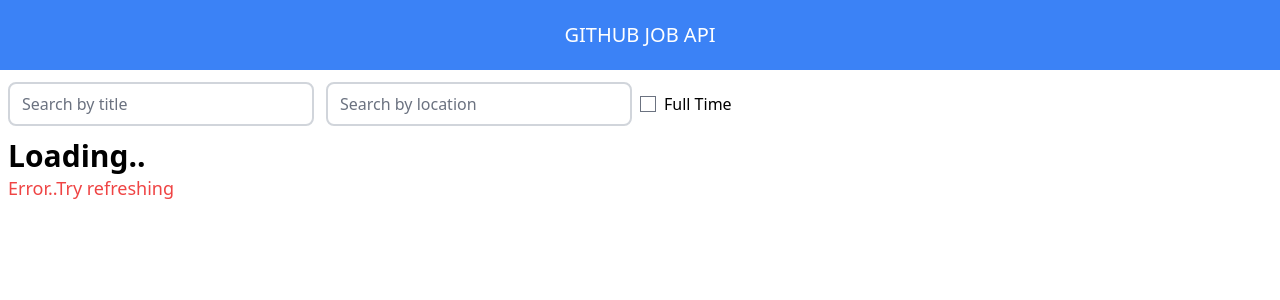
Repository: ShamroOoz/Github-job-api-React-Tailwind
Page: /
The author's editor kept a copy of each file at every save. The page is drawn from the files as they stood at one save, then again after a run of saves.
The browser window is 1280 px wide. The pictures show the whole page.
The page's requests for data from a server got no answer. The project was rebuilt for these pictures with package versions that can differ from the ones it lists, and the page was loaded fresh each time. No one was signed in, and anything a server would have sent is missing. Also part of the build but not shown: craco.config.js.

Above is the page before, as saved 2021-03-21 16:50:57.

### src/index.css
@tailwind base;
@tailwind components;
@tailwind utilities;

.text-style {
  @apply w-3/5 outline-none border-0 focus:ring-2 ring-indigo-600 border-2 border-gray-300 rounded-lg placeholder-gray-500 placeholder-opacity-100;
}

### src/App.js
import { useState } from "react";
import { useFetch } from "./components/Hooks/useFetch";
import NavBar from "./components/NavBar";
import SearchForm from "./components/SearchForm";

function App() {
  const [params, setparam] = useState({});
  const [page, setpage] = useState(1);
  const { jobs, loading, error } = useFetch(params, page);

  const handleparamchange = (e) => {
    setpage(1);
    let param = e.target.name;
    let value = e.target.value;
    setparam((prevparams) => {
      return { ...prevparams, [param]: value };
    });
  };

  return (
    <>
      <NavBar />
      <SearchForm handleparamchange={handleparamchange} params={params} />
      <div className="px-2">
        {loading && <div className="text-3xl font-bold">Loading..</div>}
        {error && (
          <div className="text-lg text-red-500">Error..Try refreshing</div>
        )}
        <div>
          {jobs &&
            jobs.map((job) => (
              <li className="leading-7 text-xl" key={job.id}>
                {job.title}
              </li>
            ))}
        </div>
      </div>
    </>
  );
}

export default App;

### src/components/Hooks/useFetch.js
import { useReducer, useEffect } from "react";
import axios from "axios";
import { reducer, ACTIONS } from "../Reducer/Reduce";

//
const { MAKE_REQUEST, GET_DATA, ERROR } = ACTIONS;
const BASE_URL =
  "https://secret-ocean-49799.herokuapp.com/https://jobs.github.com/positions.json";

const initialState = {
  jobs: [],
  loading: false,
  error: false,
};

export const useFetch = (params, page) => {
  const [state, dispatch] = useReducer(reducer, initialState);

  //useeffect hook to get data

  useEffect(() => {
    const cancelToken = axios.CancelToken.source();
    dispatch({ type: MAKE_REQUEST, payload: "" });
    axios
      .get(BASE_URL, {
        cancelToken: cancelToken.token,
        params: {
          markdown: true,
          page: page,
          ...params,
        },
      })
      .then((res) => {
        dispatch({ type: GET_DATA, payload: res.data });
        console.log(res.data);
      })
      .catch((err) => {
        if (axios.isCancel(err)) return;
        dispatch({ type: ERROR, payload: err });
      });
    //clean up
    return () => {
      cancelToken.cancel();
    };
  }, [page, params]);

  return state;
};

### src/components/NavBar.js
import React from "react";

const NavBar = () => {
  return (
    <nav className="relative flex flex-wrap items-center justify-center px-2 py-3 navbar-expand-lg bg-blue-500 ">
      <h2 className=" inline-block py-2 whitespace-no-wrap uppercase text-xl font-normal leading-normal  text-white">
        Github Job Api
      </h2>
    </nav>
  );
};

export default NavBar;

### src/components/SearchForm.js
import React from "react";

const SearchForm = ({ handleparamchange, params }) => {
  return (
    <form>
      <div className="grid grid-cols-2  ">
        <div className="py-3 px-2 flex space-x-3 ">
          <input
            className="text-style"
            type="text"
            placeholder={`Search by title `}
            name="description"
            value={params.description || ""}
            onChange={handleparamchange}
          />
          <input
            className="text-style"
            type="text"
            placeholder={`Search by location`}
            name="location"
            value={params.location || ""}
            onChange={handleparamchange}
          />
        </div>
        <div className="flex">
          <label className="flex items-center">
            <input
              type="checkbox"
              value={params.full_time || ""}
              onChange={handleparamchange}
            />
            <span className="ml-2">Full Time </span>
          </label>
        </div>
      </div>
    </form>
  );
};

export default SearchForm;

### src/components/Reducer/Reduce.js
export const ACTIONS = {
  MAKE_REQUEST: "MAKE_REQUEST",
  GET_DATA: "GET_DATA",
  ERROR: "ERROR",
};

export const reducer = (state, action) => {
  switch (action.type) {
    case ACTIONS.MAKE_REQUEST:
      return { ...state, loading: true };
    case ACTIONS.GET_DATA:
      return {
        ...state,
        loading: false,
        jobs: action.payload,
      };
    case ACTIONS.ERROR:
      return { ...state, error: true };
    default:
      return state;
  }
};

### src/components/Pagination.js
import React from "react";

const Pagination = () => {
  return (
    <div className="py-2">
      <nav className="block">
        <ul className="flex pl-0 rounded list-none flex-wrap">
          <li>
            <a
              href="#pablo"
              className="first:ml-0 text-xs font-semibold flex w-8 h-8 mx-1 p-0 rounded-full items-center justify-center leading-tight relative border border-solid border-blue-500 bg-white text-blue-500"
            >
              <i className="fas fa-chevron-left -ml-px"></i>
            </a>
          </li>
          <li>
            <a
              href="#pablo"
              className="first:ml-0 text-xs font-semibold flex w-8 h-8 mx-1 p-0 rounded-full items-center justify-center leading-tight relative border border-solid border-blue-500 text-white bg-blue-500"
            >
              1
            </a>
          </li>
          <li>
            <a
              href="#pablo"
              className="first:ml-0 text-xs font-semibold flex w-8 h-8 mx-1 p-0 rounded-full items-center justify-center leading-tight relative border border-solid border-blue-500 bg-white text-blue-500"
            >
              2
            </a>
          </li>
          <li>
            <a
              href="#pablo"
              className="first:ml-0 text-xs font-semibold flex w-8 h-8 mx-1 p-0 rounded-full items-center justify-center leading-tight relative border border-solid border-blue-500 bg-white text-blue-500"
            >
              3
            </a>
          </li>
          <li>
            <a
              href="#pablo"
              className="first:ml-0 text-xs font-semibold flex w-8 h-8 mx-1 p-0 rounded-full items-center justify-center leading-tight relative border border-solid border-blue-500 bg-white text-blue-500"
            >
              4
            </a>
          </li>
          <li>
            <a
              href="#pablo"
              className="first:ml-0 text-xs font-semibold flex w-8 h-8 mx-1 p-0 rounded-full items-center justify-center leading-tight relative border border-solid border-blue-500 bg-white text-blue-500"
            >
              5
            </a>
          </li>
          <li>
            <a
              href="#pablo"
              className="first:ml-0 text-xs font-semibold flex w-8 h-8 mx-1 p-0 rounded-full items-center justify-center leading-tight relative border border-solid border-blue-500 bg-white text-blue-500"
            >
              <i className="fas fa-chevron-right -mr-px"></i>
            </a>
          </li>
        </ul>
      </nav>
    </div>
  );
};

export default Pagination;

Loaded but not shown: public/index.html (common file); src/index.js (common file); tailwind.config.js (common file)

After the next 2 saves:
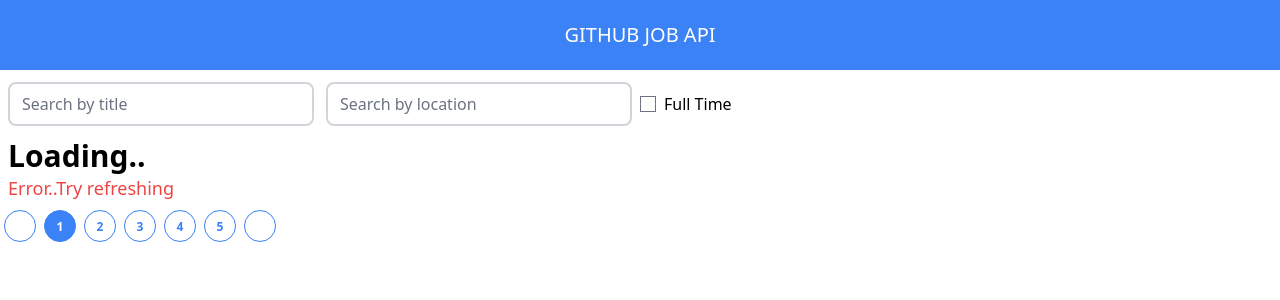
The 2 saves are shown as one change because 1 did not build or start.
The last was saved 62 s later.
--- a/src/App.js
+++ b/src/App.js
@@ -2,6 +2,7 @@
 import { useFetch } from "./components/Hooks/useFetch";
 import NavBar from "./components/NavBar";
 import SearchForm from "./components/SearchForm";
+import Pagination from "./components/Pagination";
 
 function App() {
   const [params, setparam] = useState({});
@@ -35,6 +36,7 @@
             ))}
         </div>
       </div>
+      <Pagination />
     </>
   );
 }
